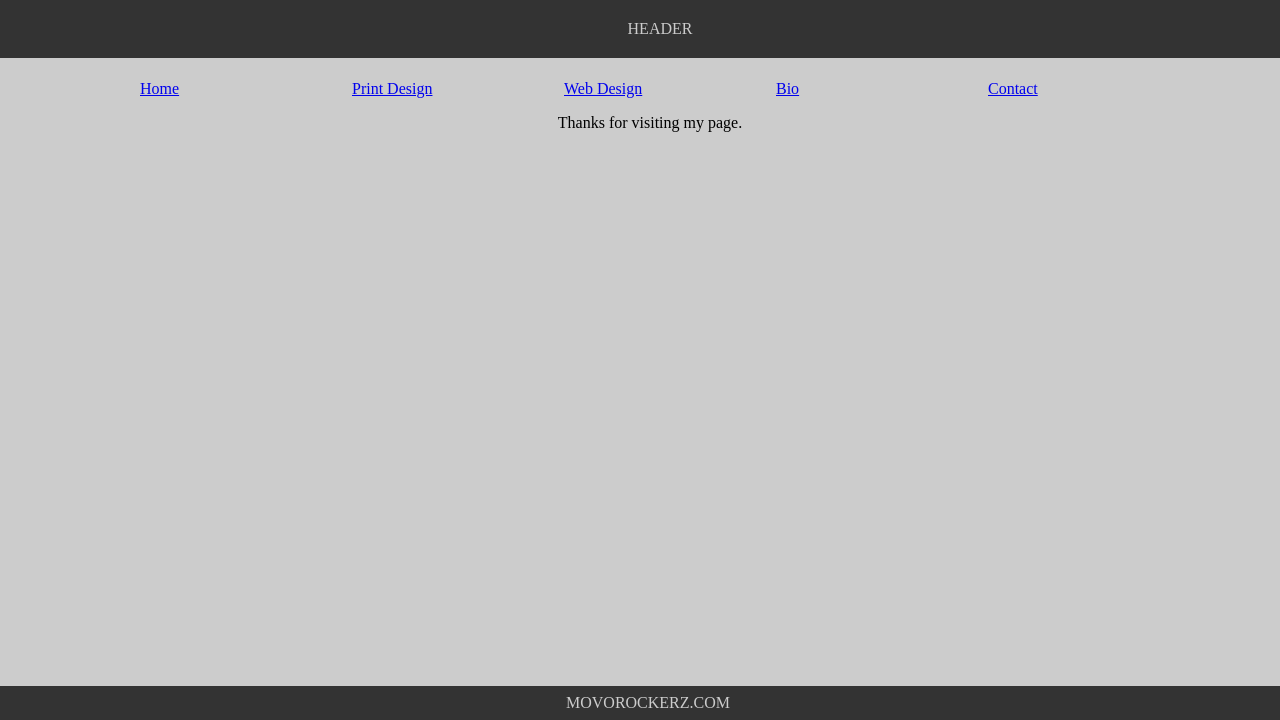
Repository: movitkr/testjava
Page: http://localhost/jsp/
These files come from the project's save history. The page is drawn as it stood at one moment and after the next save; the edit follows.
The browser window is 1280 px wide. The pictures show the whole page.
The page is served by Tomcat 9.

Above is the page before, as saved 2016-02-05 07:41:29.

After the next save:
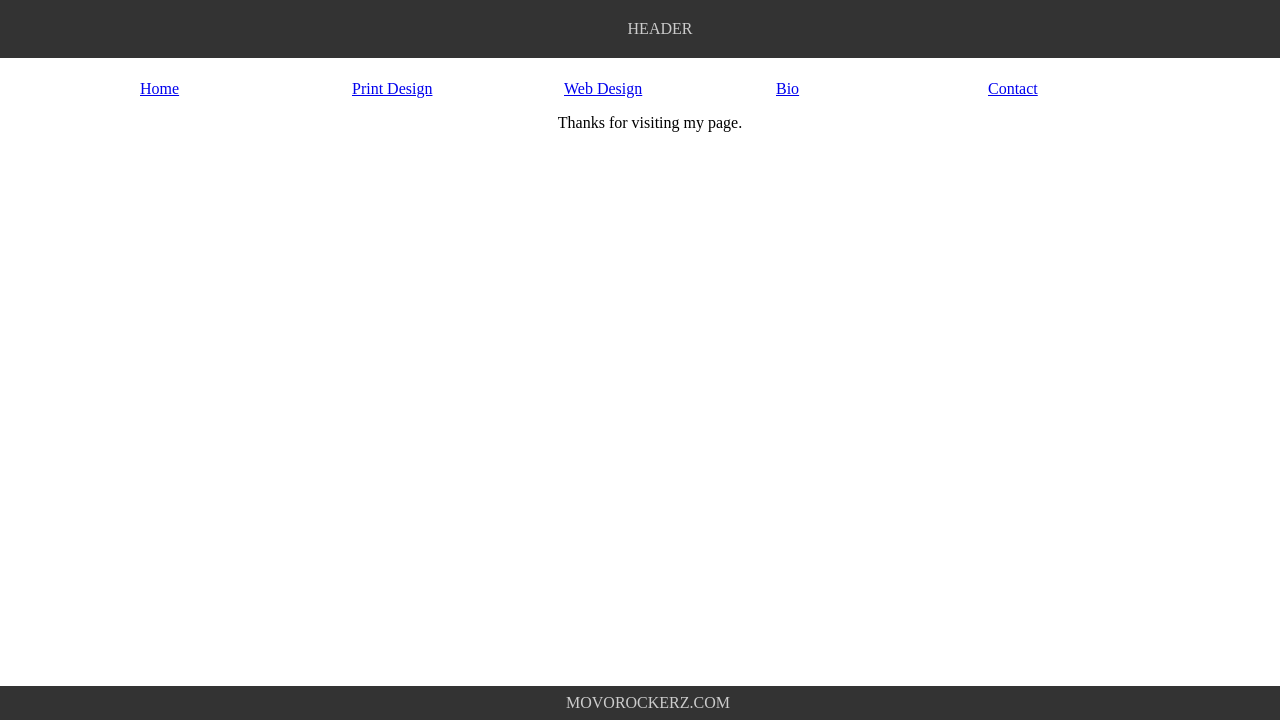
Saved 3 min 9 s later.
--- a/jsp/WebContent/a.css
+++ b/jsp/WebContent/a.css
@@ -1,7 +1,7 @@
 @CHARSET "UTF-8";
 
 body {
-	background-color: #CCC;
+
 	margin:80px 80px 100px 100px;
 }
 fixedheader {

After the save that followed:
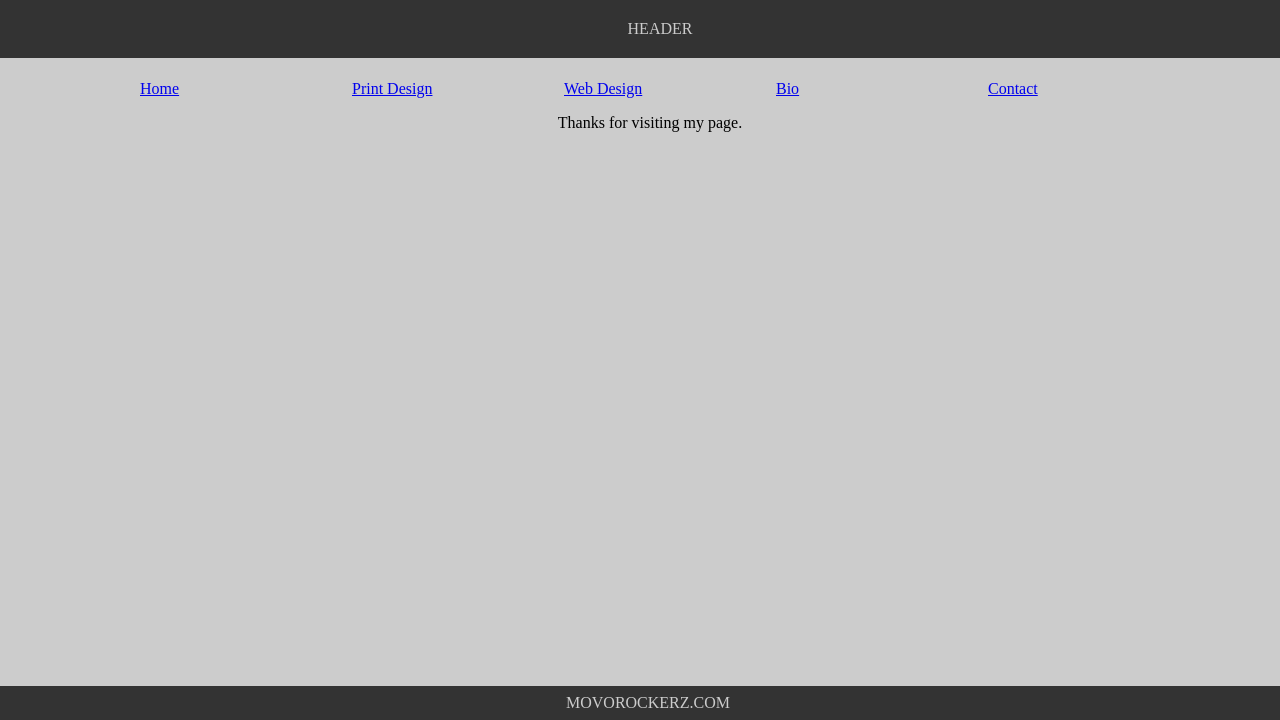
Saved 83 s later.
--- a/jsp/WebContent/a.css
+++ b/jsp/WebContent/a.css
@@ -1,7 +1,7 @@
 @CHARSET "UTF-8";
 
 body {
-
+	background-color: #CCC;
 	margin:80px 80px 100px 100px;
 }
 fixedheader {
